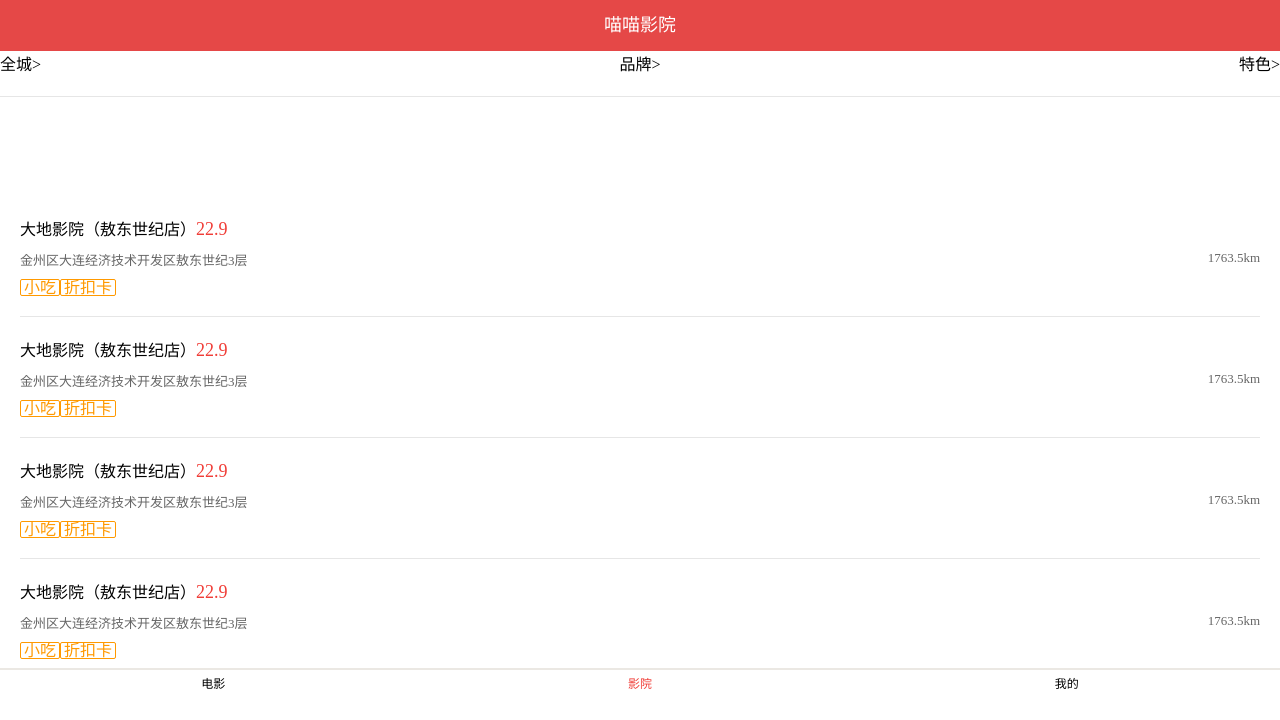
Repository: X-J-0/miaomiao_film
Page: /cinema (app in miaomiao/)
These files come from the project's save history. The page is drawn as it stood at one moment and after the next save; the edit follows.
The browser window is 1280 px wide. The pictures show the whole page.
The project was rebuilt for these pictures with package versions that can differ from the ones it lists, and the page was loaded fresh each time. Also part of the build but not shown: miaomiao/src/components/Allocate/index.vue. Imported but missing from the stored project, and not drawn on this page: miaomiao/src/components/Brand, miaomiao/src/components/Special.

Above is the page before, as saved 2020-03-24 19:49:00.

After the next save:
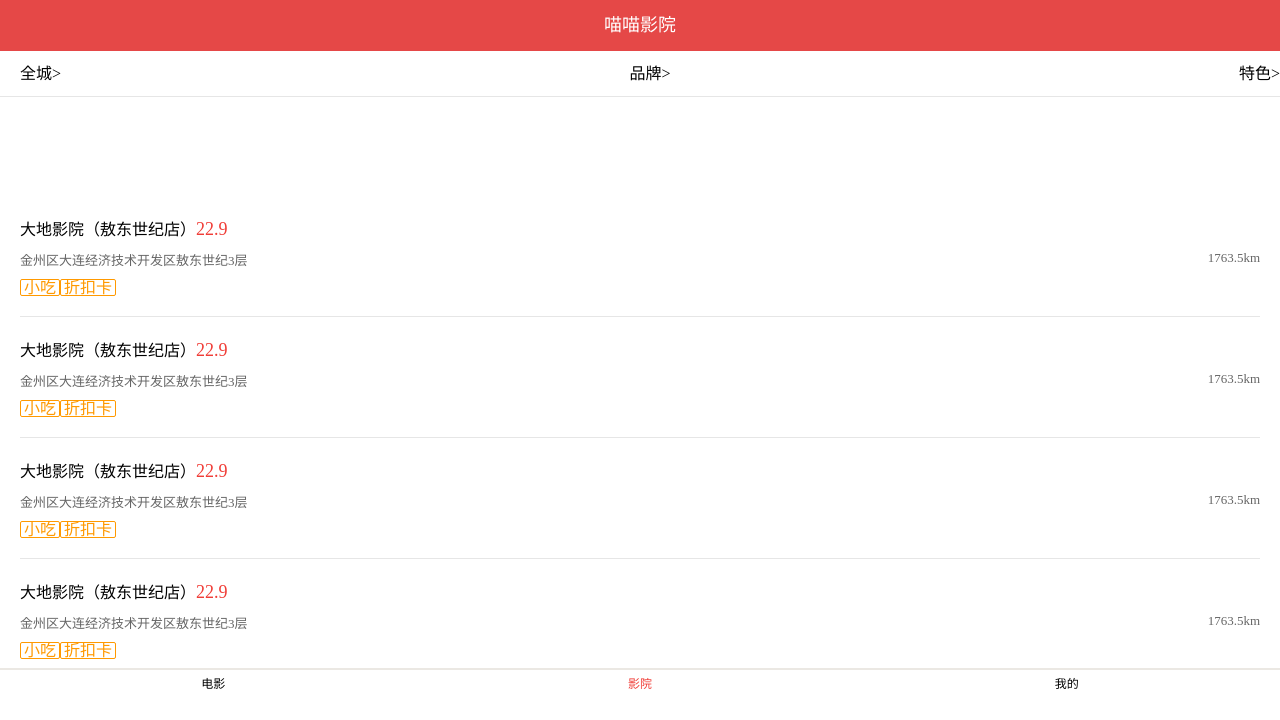
Saved 2 min 23 s later.
--- a/miaomiao/src/views/Cinema/index.vue
+++ b/miaomiao/src/views/Cinema/index.vue
@@ -42,8 +42,8 @@ export default {
 <style scoped>
   #content{flex:1;overflow:auto;margin-bottom:50px;position: relative;display:flex;flex-direction: column;}
   #content .cinema_menu{width:100%;height:45px;border-bottom:1px solid #e6e6e6;display: flex;justify-content: space-between;}
-  .movie_menu .city_name{margin-left:20px;height:100%;line-height:45px;}
-  .movie_menu .city_name.active{color:#ef4238;border-bottom:2px #ef4238 solid;}
+  .cinema_menu li{margin-left:20px;height:100%;line-height:45px;}
+  .cinema_menu li.active{color:#ef4238;border-bottom:2px #ef4238 solid;}
   .movie_menu .city_name.router-link-active{color:#ef4238;border-bottom:2px #ef4238 solid;}
   .movie_menu .hot_switch{display:flex;height:100%; line-height: 45px;}
   .movie_menu .hot_item{font-size:15px; color:#666;width:80px;text-align: center;margin:0 12px;font-weight: 700;}
